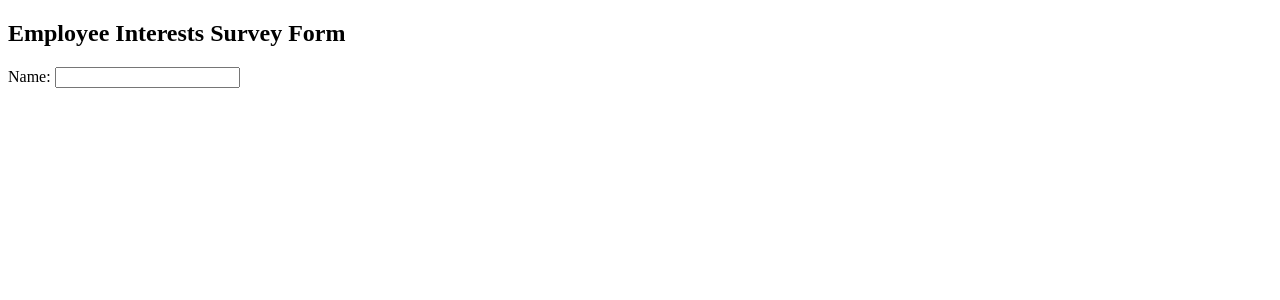
Repository: JoaoLemesDEV/Exercise-Survey-Form
Page: index.html
The author's editor kept a copy of each file at every save. The page is drawn from the files as they stood at one save, then again after a run of saves.
The browser window is 1280 px wide. The pictures show the whole page.

Above is the page before, as saved 2021-10-10 18:18:03.

### index.html
<!DOCTYPE html>
<html lang="en">
<head>
  <meta charset="UTF-8">
  <meta http-equiv="X-UA-Compatible" content="IE=edge">
  <meta name="viewport" content="width=device-width, initial-scale=1.0">
  <title>Survey Form</title>
</head>
<body>
  <h2>Employee Interests Survey Form</h2>
  <label for="name">Name: </label>
  <input type="text" name="name" id="">
  <label for="dep"></label>


</body>
</html>

After the next 4 saves:
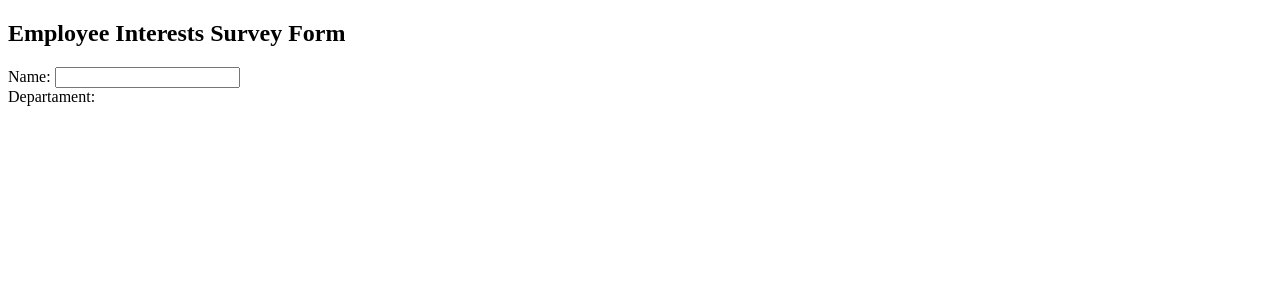
The 4 saves are shown as one change because they came seconds apart.
The last was saved 11 s later.
--- a/index.html
+++ b/index.html
@@ -9,8 +9,9 @@
 <body>
   <h2>Employee Interests Survey Form</h2>
   <label for="name">Name: </label>
-  <input type="text" name="name" id="">
-  <label for="dep"></label>
+  <input type="text" name="name" id=""><br>
+  <label for="dep">Departament:</label>
+
 
 
 </body>
